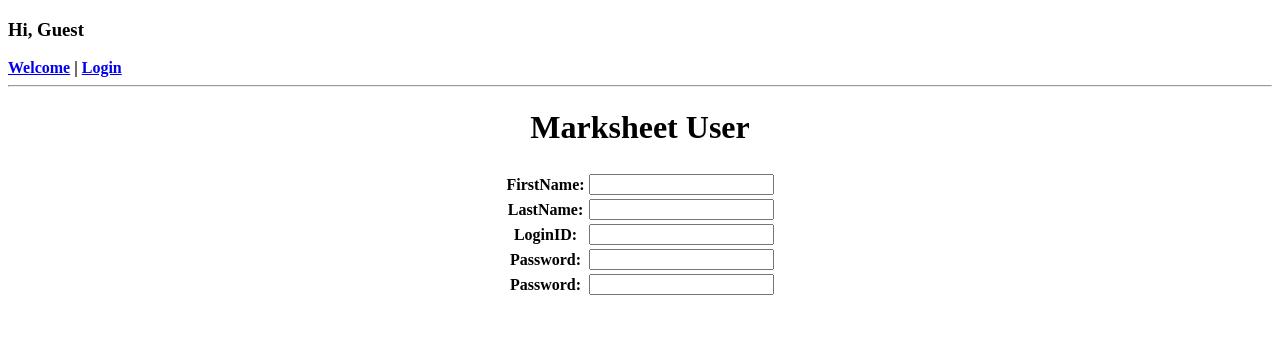
Repository: Suraj141203/DynamicWebProject
Page: http://localhost/advance-java-web/MarksheetCtl
These files come from the project's save history. The page is drawn as it stood at one moment and after the next save; the edit follows.
The browser window is 1280 px wide. The pictures show the whole page.
The page is served by Tomcat 9.

Above is the page before, as saved 2024-08-09 17:23:46.

After the next save:
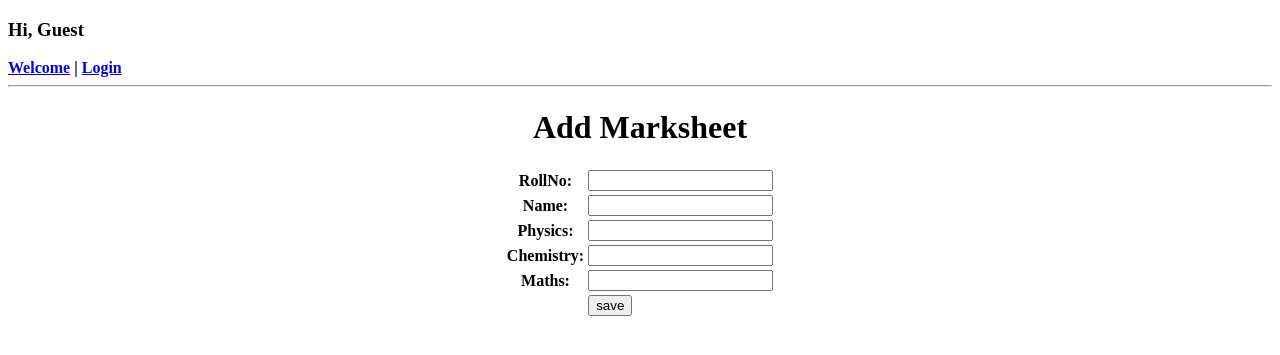
Saved 39 s later.
--- a/Dynamic Web Project/advance-java-web/WebContent/MarksheetView.jsp
+++ b/Dynamic Web Project/advance-java-web/WebContent/MarksheetView.jsp
@@ -11,20 +11,10 @@
 	<%@ include file="Header.jsp"%>
 	<form action="MarksheetCtl" method="post">
 		<div align="center">
+			<h1>Add Marksheet</h1>
 			<%
 				String msg = (String) request.getAttribute("msg");
 				MarksheetBean bean = (MarksheetBean) request.getAttribute("bean");
-			%>
-			<%
-				if (bean != null && bean.getId() > 0) {
-			%>
-			<h1>Update Marksheet</h1>
-			<%
-				} else {
-			%>
-			<h1>Marksheet User</h1>
-			<%
-				}
 			%>
 			<%
 				if (msg != null) {
@@ -37,34 +27,35 @@
 			%>
 			<table>
 				<tr>
-					<th></th>
-					<td><input type="hidden" name="id"
-						value="<%=(bean != null) ? bean.getId() : ""%>"></td>
-				</tr>
-				<tr>
-					<th>FirstName:</th>
+					<th>RollNo:</th>
 					<td><input type="text" name="rollNo"
 						value="<%=(bean != null) ? bean.getRollNo() : ""%>"></td>
 				</tr>
 				<tr>
-					<th>LastName:</th>
+					<th>Name:</th>
 					<td><input type="text" name="name"
 						value="<%=(bean != null) ? bean.getName() : ""%>"></td>
 				</tr>
 				<tr>
-					<th>LoginID:</th>
+					<th>Physics:</th>
 					<td><input type="text" name="physics"
 						value="<%=(bean != null) ? bean.getPhysics() : ""%>"></td>
 				</tr>
 				<tr>
-					<th>Password:</th>
+					<th>Chemistry:</th>
 					<td><input type="text" name="chemistry"
 						value="<%=(bean != null) ? bean.getChemistry() : ""%>"></td>
 				</tr>
 				<tr>
-						<th>Password:</th>
+					<th>Maths:</th>
 					<td><input type="text" name="maths"
 						value="<%=(bean != null) ? bean.getMaths() : ""%>"></td>
+
+				</tr>
+
+				<tr>
+					<td></td>
+					<td><input type="submit" value="save"></td>
 				</tr>
 			</table>
 		</div>
